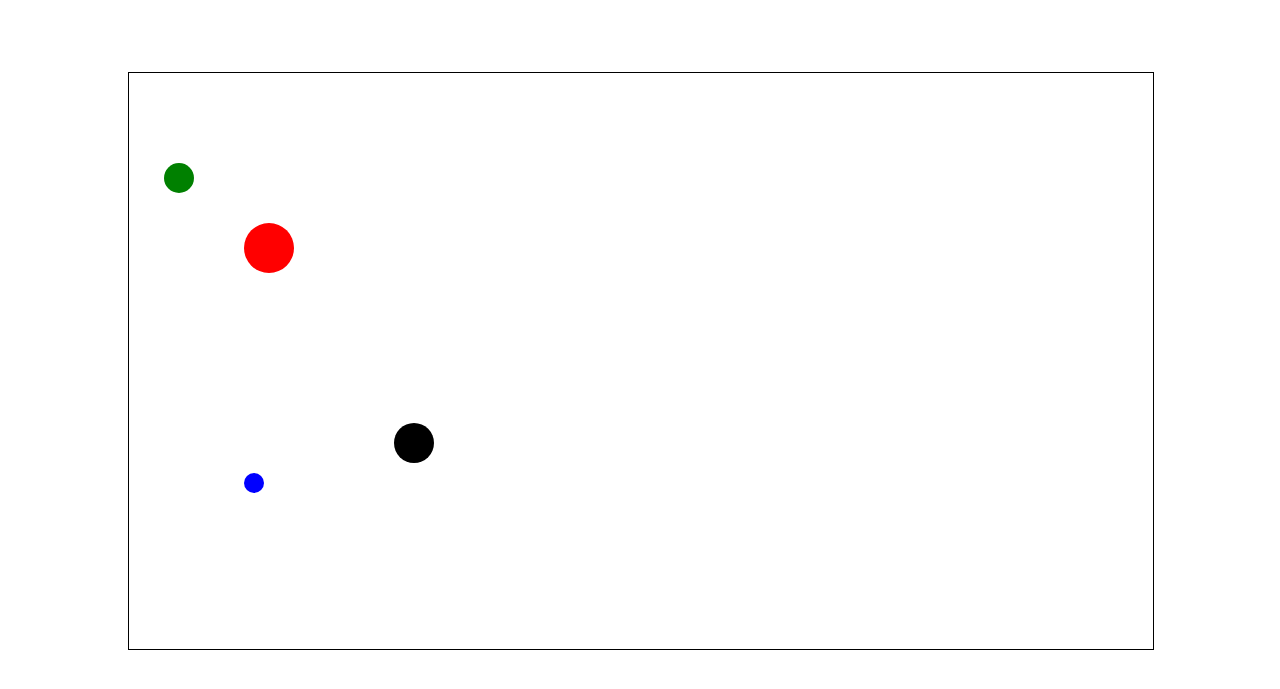
Repository: themoomooo/testgitajout
Page: index.html
The author's editor kept a copy of each file at every save. The page is drawn from the files as they stood at one save, then again after a run of saves.
The browser window is 1280 px wide. The pictures show the whole page.

Above is the page before, as saved 2023-01-23 16:40:47.

After the next 3 saves:
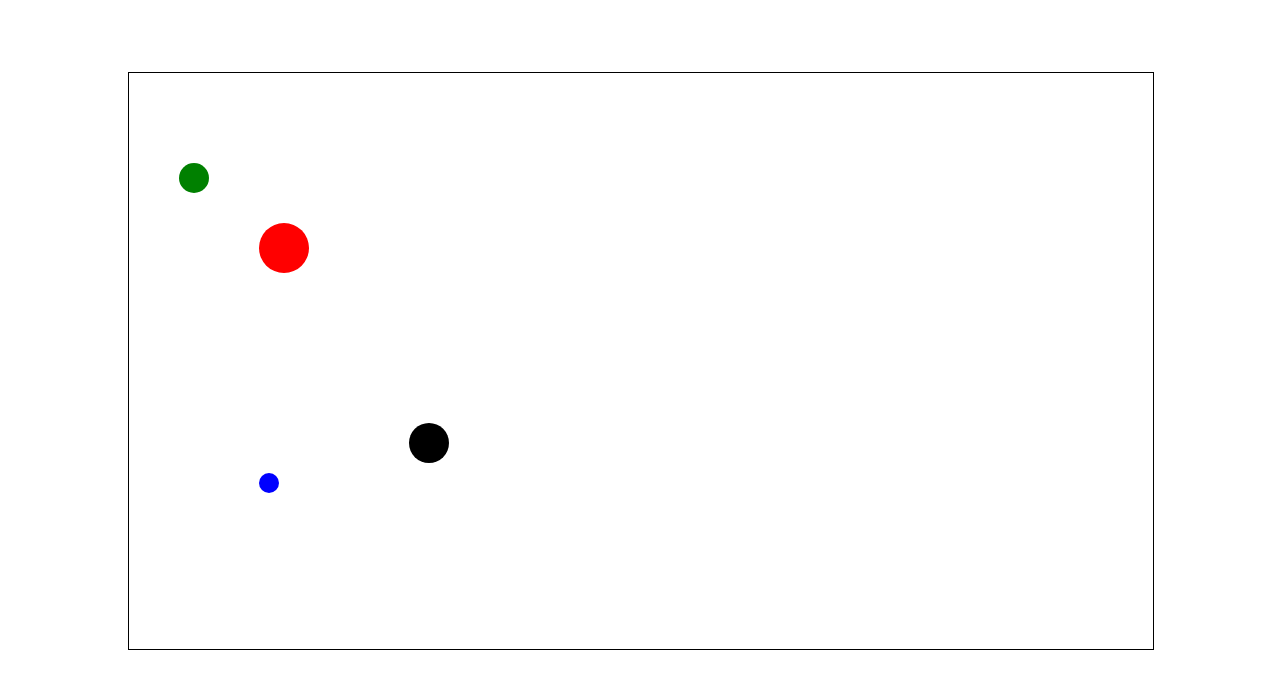
The 3 saves are shown as one change because they came seconds apart.
The last was saved 10 s later.
--- a/main.js
+++ b/main.js
@@ -51,6 +51,7 @@
         this.terrain.appendChild(ball.getOjectDom());
     });
        this.move();
+       console.log(this.move());
     }
 
     move(){

After the save that followed:
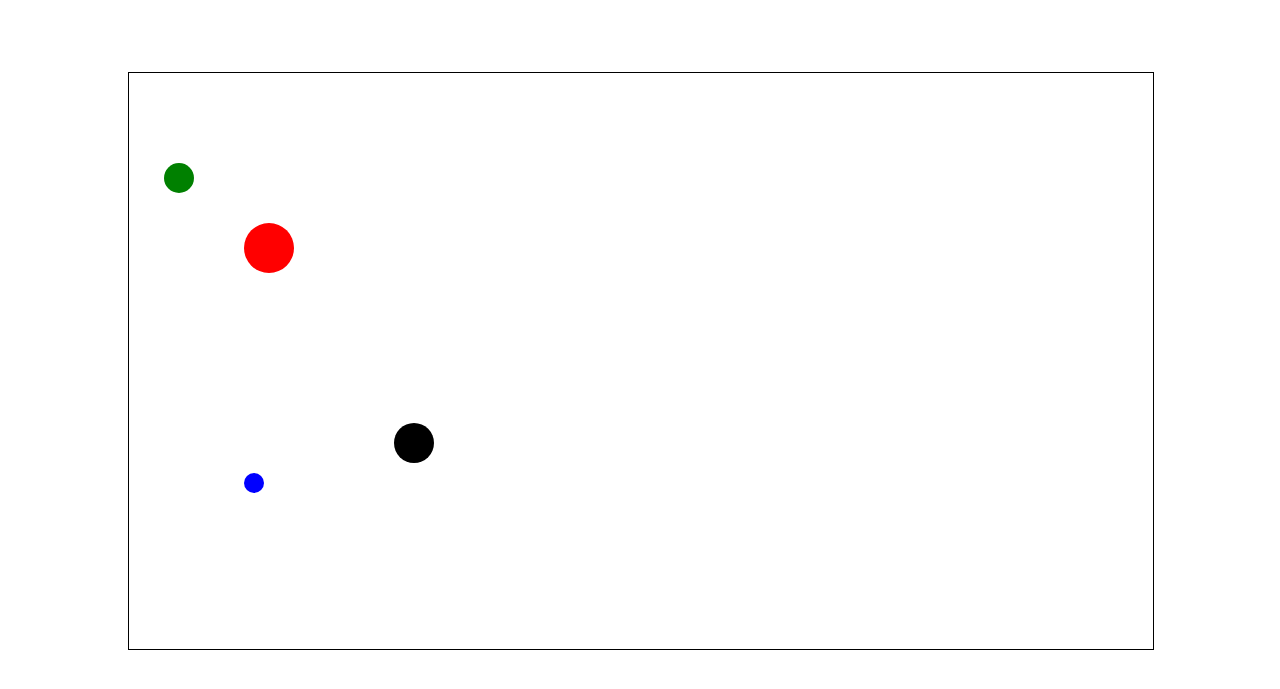
Saved 2 min 51 s later.
--- a/main.js
+++ b/main.js
@@ -51,7 +51,6 @@
         this.terrain.appendChild(ball.getOjectDom());
     });
        this.move();
-       console.log(this.move());
     }
 
     move(){
